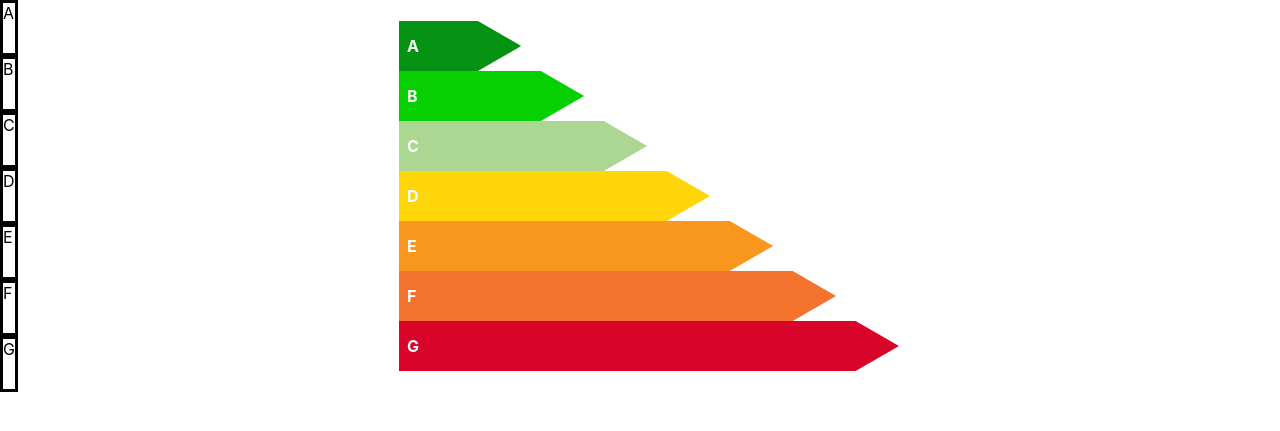
Repository: abdouAppcraft/Predict-DPE
Page: /result
An editor plug-in stored every save of this project. The page is shown before and after the next save, followed by the edit.
The browser window is 1280 px wide. The pictures show the whole page.
The project was rebuilt for these pictures with package versions that can differ from the ones it lists, and the page was loaded fresh each time. Also part of the build but not shown: src/hooks/useDpeOptions.tsx, src/strings/string.ts, src/utils/computeData.ts, src/screens/PredictForm/PredictForm.css, src/screens/PredictForm/PredictForm.tsx.

Above is the page before, as saved 2024-06-12 10:17:02.

### src/App.tsx
import React from "react";
import PredictForm from "./screens/PredictForm/PredictForm";
import { createBrowserRouter, RouterProvider } from "react-router-dom";
import Result from "./screens/Result/Result";

const router = createBrowserRouter([
  {
    path: "/",
    Component: PredictForm,
  },
  {
    path: "/result",
    Component: Result,
  },
]);

const App: React.FC = () => {
  return (
    <>
      <RouterProvider router={router} />
    </>
  );
};

export default App;

### src/screens/Result/Result.tsx
import React from "react";
import "./Result.css";
import { DpeGesType } from "../PredictForm/PredictForm";

interface Props extends Partial<DpeGesType> {}

const letter = [
  { label: "G", color: "#d90429" },
  { label: "F", color: "#f3722c" },
  { label: "E", color: "#f8961e" },
  { label: "D", color: "#ffd60a" },
  { label: "C", color: "#ACD793" },
  { label: "B", color: "#06D001" },
  { label: "A", color: "#059212" },
];

const Result: React.FC<Props> = (props) => {
  return (
    <div style={{ display: "flex" }}>
      <div
        style={{
          display: "flex",
          flexDirection: "column-reverse",
          justifyContent: "space-between",
        }}
      >
        {letter.map((l) => {
          return <div style={{ height: 50, border: "solid" }}>{l.label}</div>;
        })}
      </div>
      <div
        style={{
          flex: 1,
          maxWidth: 500,
          display: "flex",
          flexDirection: "column-reverse",
          margin: "auto",
        }}
      >
        {letter.map((l, index) => (
          <ResultItem {...l} flex={(letter.length - index) / letter.length} />
        ))}
      </div>
    </div>
  );
};

export default Result;

const ResultItem: React.FC<{ flex: number; label: string; color: string }> = ({
  flex,
  label,
  color,
}) => {
  return (
    <div>
      <div style={{ display: "flex", height: 50 }}>
        <div
          style={{
            flex,
            backgroundColor: color,
            placeContent: "center",
            fontWeight: "bold",
            color: "white",
            padding: ".5rem",
          }}
        >
          {label}
        </div>
        <div style={{ backgroundColor: color }} className=" triangle"></div>
      </div>
    </div>
  );
};

### src/screens/Result/Result.css
/* HTML: <div class="triangle"></div> */
.shape {
    background: linear-gradient(45deg,#FA6900,#C02942);

}

.triangle {
    aspect-ratio: cos(30deg);
    clip-path: polygon(0 0,100% 50%,0 100%);
  }

Loaded but not shown: public/index.html (common file); src/index.tsx (common file); src/index.css (common file); src/reportWebVitals.ts (common file)

After the next save:
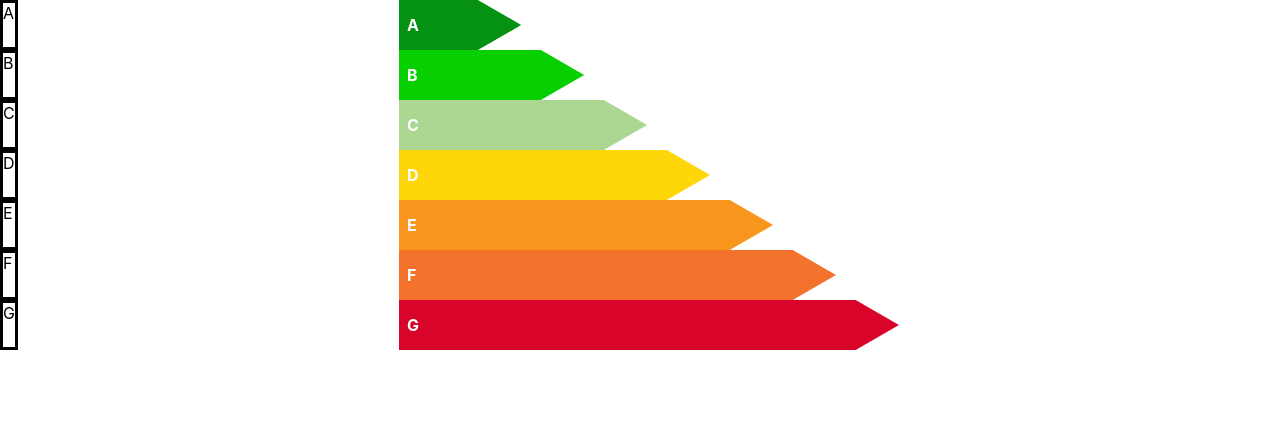
Saved 23 s later.
--- a/src/screens/Result/Result.tsx
+++ b/src/screens/Result/Result.tsx
@@ -25,7 +25,13 @@ const Result: React.FC<Props> = (props) => {
         }}
       >
         {letter.map((l) => {
-          return <div style={{ height: 50, border: "solid" }}>{l.label}</div>;
+          return (
+            <div
+              style={{ height: 50, border: "solid", boxSizing: "border-box" }}
+            >
+              {l.label}
+            </div>
+          );
         })}
       </div>
       <div
